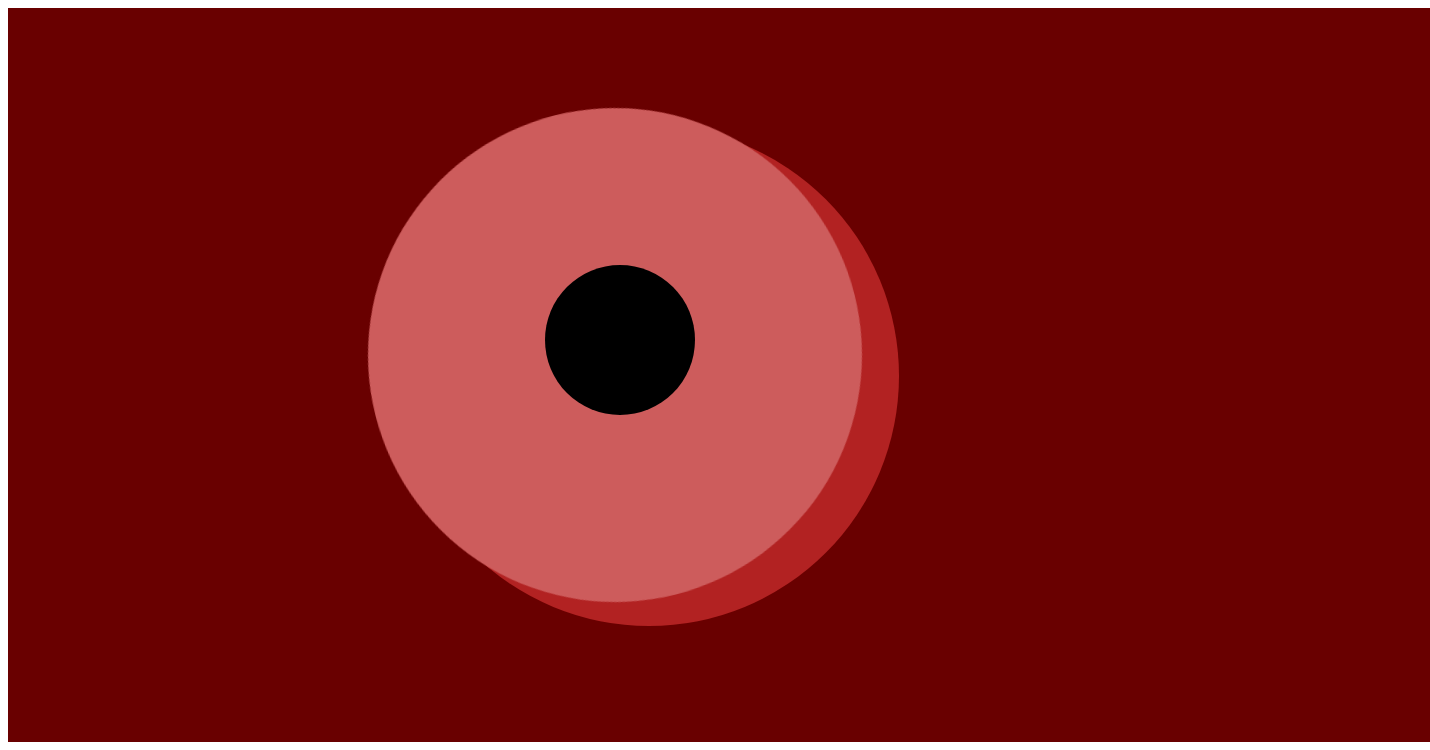
Repository: huanz488/huanz488-github.io
Page: project1/project1.html
The author's editor kept a record of every edit. The page is drawn from the files as they stood at one moment, then again after the next edit.
The browser window is 1280 px wide. The page is 1430 px wide, so the pictures cover 1430 px, including what lies to the right of the window. The pictures show the whole page.
The pointer rests on the first visible `.test2`.
Some web libraries are served in a nearby version.

Above is the page before.

After the next edit:
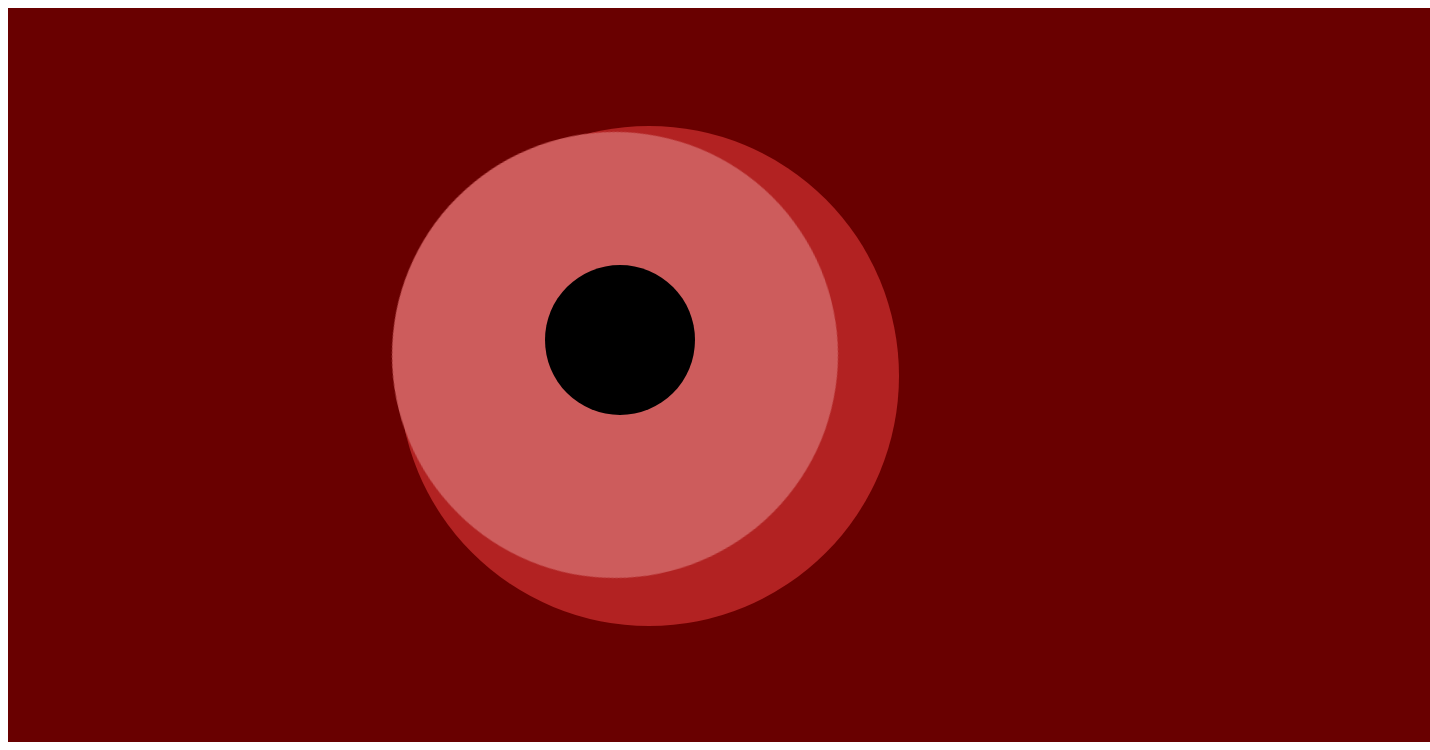
The edit:
--- a/project1/project1.css
+++ b/project1/project1.css
@@ -70,8 +70,8 @@
 
 .test2:hover
 {
-width:500px;
-height:500px;
+width:450px;
+height:450px;
 -webkit-transform:rotate(360deg);
 }
 
